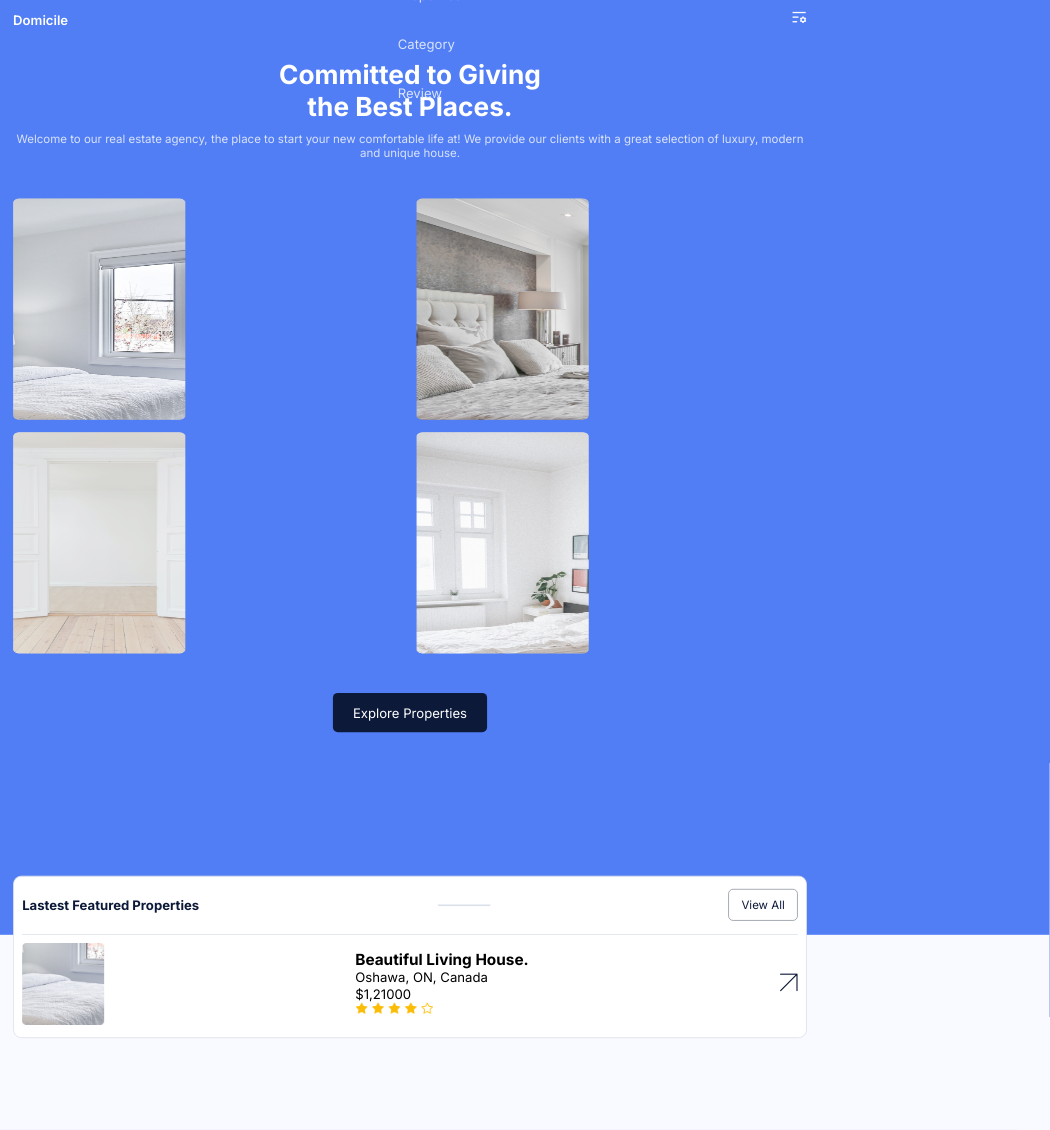
Repository: haokiet2501/domicile-real-estate
Page: index.html
These files come from the project's save history. The page is drawn as it stood at one moment and after the next save; the edit follows.
The browser window is 1280 px wide. The pictures show the whole page, at 82% of full size.
The style sheet was rebuilt from its Sass, Less or Tailwind sources for each picture, by a compiler version that may differ from the author's.

Above is the page before, as saved 2022-06-11 16:16:07.

### index.html
<!DOCTYPE html>
<html lang="en">
<head>
    <meta charset="UTF-8">
    <meta http-equiv="X-UA-Compatible" content="IE=edge">
    <meta name="viewport" content="width=device-width, initial-scale=1.0">
    <link href="https://cdn.jsdelivr.net/npm/remixicon@2.5.0/fonts/remixicon.css" rel="stylesheet">
    <link rel="stylesheet" href="sass/css/styles.css">
    <title>Real Estate Website - Domicile</title>
</head>
<body>
    <header class="header" id="header">
        <nav class="nav container">
            <a href="#" class="nav__logo">Domicile</a>

            <div class="nav__menu" id="nav-menu">
                <ul class="nav__list">
                    <li class="nav__item">
                        <a href="#" class="nav__link active-link">Home</a>
                    </li>
                    <li class="nav__item">
                        <a href="#" class="nav__link">Properties</a>
                    </li>
                    <li class="nav__item">
                        <a href="#" class="nav__link">Category</a>
                    </li>
                    <li class="nav__item">
                        <a href="#" class="nav__link">Review</a>
                    </li>
                </ul>

                <i class="ri-close-line nav__close" id="nav-close"></i>
            </div>

            <div class="nav__toggle" id="nav-toggle">
                <i class="ri-list-settings-line"></i>
            </div>
        </nav>
    </header>

    <main class="main">
        <section class="home section" id="home">
            <div class="home__container container grid">
                <div class="home__data">
                    <h1 class="home__data-subtitle">
                        Committed to Giving<br>the Best Places.
                    </h1>
                    <p class="home__data-title">
                        Welcome to our real estate agency, the place to start your new comfortable life at! We provide our clients with a great selection of luxury, modern and unique house.
                    </p>
                </div>

                <div class="home__images">
                    <img src="imgs/hero-one.png" alt="">
                    <img src="imgs/hero-two.png" alt="">
                    <img src="imgs/hero-three.png" alt="">
                    <img src="imgs/hero-four.png" alt="">
                </div>

                <div class="home__button">
                    <a href="#" class="button">Explore Properties</a>
                </div>
            </div>
        </section>

        <section class="futured" id="futured">
            <div class="futured__container container">
                <div class="futured__properties">
                    <div class="futured__properties-content">
                        Lastest Featured Properties
                    </div>
                    <div class="futured__properties-line"></div>
                    <div class="futured__properties-button">View All</div>
                </div>

                <div class="futured__card">
                    <img class="futured__card-img" src="imgs/future.png" alt="">
                    <div class="futured__card-layouts">
                        <div class="futured__card-text">
                            <h3>Beautiful Living House.</h3>
                            <p>Oshawa, ON, Canada</p>
                        </div>
                        <div class="futured__card-price">
                            <p>$1,21000</p>
                            <img src="imgs/rating.png" alt="">
                        </div>
                    </div>
                    <div class="futured__card-btnfutured">
                        <svg width="22" height="22" viewBox="0 0 22 22" fill="none" xmlns="http://www.w3.org/2000/svg">
                            <path d="M1 21L21 1M21 1H1M21 1V21" stroke="#0C1938" stroke-width="1.5" stroke-linecap="round" stroke-linejoin="round"/>
                        </svg>
                    </div>
                </div>
            </div>
        </section>
    </main>
    <script src="app.js"></script>
</body>
</html>

### app.js
// Show Menu
const navMenu = document.getElementById('nav-menu'),
    navToggle = document.getElementById('nav-toggle'),
    navClose = document.getElementById('nav-close');

if (navToggle) {
    navToggle.addEventListener('click', () => {
        navMenu.classList.add('show-menu');
    });
}

if(navClose) {
    navClose.addEventListener('click', () => {
        navMenu.classList.remove('show-menu');
    })
}

### sass/styles.scss
@import './base/base';
@import './main/main';

### sass/base/_base.scss
@import url('https://fonts.googleapis.com/css2?family=Inter:wght@400;500;600;700;800;900&display=swap');

* {
    margin: 0;
    padding: 0;
    box-sizing: border-box;
}

html {
    scroll-behavior: smooth;
}

body {
    font-family: 'Inter', sans-serif;
    font-style: normal;
    background: var(--color-main);
}

ul {
    list-style: none;
}

a {
    text-decoration: none;
}

img {
    max-width: 100%;
    height: auto;
}

button, input {
    border: none;
    outline: none;
}

:root {
    --header-height: 3rem;

    --color-main: #F8FAFF;
    --color-bg-header: #517EF5;
    --white-color: #FFFFFF;
    --color-nav: #D8E2FA;
    --color-footer: #0E1935;
    --color-btn: #0C1938;

    --biggest-font-size: 2.5rem;
    --medium-font-size: 2rem;
    --h1-font-size: 1.5rem;
    --h2-font-size: 1.25rem;
    --h3-font-size: 1rem;
    --normal-font-size: 0.938rem;
    --small-font-size: 0.813rem;
    --smaller-font-size: 0.75rem;

    --font-smaller: 400;
    --font-medium: 500;
    --font-semi-bold: 600;
    --font-semi-big: 700;

     /* Margin Bottom */
    --mb-0-25: 0.25rem;
    --mb-0-5: 0.5rem;
    --mb-0-75: 0.75rem;
    --mb-1: 1rem;
    --mb-1-25: 1.25rem;
    --mb-1-5: 1.5rem;
    --mb-2: 2rem;
    --mb-2-5: 2.5rem;

    --scale-hover: scale(.98);
}

@media screen and (min-width: 968px) {
    :root {
        --biggest-font-size: 4rem;
        --h1-font-size: 2.25rem;
        --h2-font-size: 1.75rem;
        --h3-font-size: 1.25rem;
        --normal-font-size: 1rem;
        --small-font-size: 0.875rem;
        --smaller-font-size: 0.813rem;
    }
}

### sass/main/_main.scss
.header {
    width: 100%;
    position: fixed;
    top: 0;
    left: 0;
    z-index: 100;
    background-color: var(--color-bg-header);
}

.main {
    overflow-x: hidden;
}

.container {
    max-width: 968px;
    margin-left: var(--mb-1);
    margin-right: var(--mb-1);
}

.grid {
    display: grid;
    gap: 1.5rem;
}

.section {
    padding: 4.5rem 0 2.5rem;
}

// NAV
.nav {
    display: flex;
    justify-content: space-between;
    align-items: center;
    height: var(--header-height);

    &__logo,
    &__toggle{
        color: var(--white-color);
    }

    &__logo {
        font-weight: var(--font-semi-bold);
    }

    &__toggle{
        font-size: 1.2rem;
        cursor: pointer;
    }

    &__menu {
        position: relative;

        @media screen and (max-width: 767px){
            position: fixed;
            background-color: var(--color-footer);
            top: 0;
            right: -100%;
            width: 70%;
            height: 100%;
            box-shadow: -1px 0 4px rgba(0, 0, 0, .15);
            padding: 3rem;
            transition: .4s;
        }
    }

    &__list {
        display: flex;
        flex-direction: column;
        row-gap: 2.5rem;
    }

    &__link {
        font-weight: var(--font-smaller);
        color: var(--color-nav);

        &:hover {
            color: var(--white-color);
            transform: var(--scale-hover);
        }
    }

    &__close {
        position: absolute;
        top: .75rem;
        right: 1rem;
        font-size: 1.5rem;
        color: var(--white-color);
        cursor: pointer;
    }
}

// Show menu
.show-menu {
    right: 0;
}

.home {
    background-color: var(--color-bg-header);
    height: calc(165vh - var(--header-height));
    &__container {
        row-gap: 3rem;
    }

    &__data {
        text-align: center;

        &-subtitle {
            color: var(--white-color);
            font-size: var(--medium-font-size);
            font-weight: var(--font-semi-big);
            margin-bottom: 10px;
        }
        &-title {
            color: var(--color-nav);
            font-weight: var(--font-smaller);
            font-size: var(--small-font-size);
        }
    }

    &__images {
        display: grid;
        gap: 15px;
        grid-template-columns: repeat(2, 1fr);

        img {
            width: 210px;
            height: 270px;
            transition: .3s ease-out;

            &:hover {
                transform: var(--scale-hover);
                transition: .3s ease-out;
            }
        }
    }

    &__button {
        display: flex;
        justify-content: center;
        align-items: center;

        .button {
            padding: 14px 24px;
            background-color: var(--color-btn);
            color: var(--white-color);
            border-radius: 6px;
            font-size: var(--normal-font-size);
            transition: .3s ease-out;

            &:hover {
                transform: var(--scale-hover);
                transition: .3s ease-out;
            }
        }
    }
}

.futured {
    position: relative;
    transform: translateY(-4.5rem);
    padding-bottom: 2.5rem;

    &__container {
        background-color: var(--white-color);
        border: 1px solid #DDE1EA;
        border-radius: 10px;
        padding: 15px 10px;
    }

    &__properties {
        display: flex;
        justify-content: space-between;
        align-items: center;
        border-bottom: 1px solid #DDE1EA;
        padding-bottom: 1rem;

        &-content {
            font-weight: var(--font-semi-big);
            color: var(--color-btn);

        }

        &-line {
            width: calc(var(--header-height) + 1rem);
            height: 1px;
            border: 1px solid #DDE1EA;
        }

        &-button {
            border: 1px solid #9398A4;
            padding: 10px 15px;
            border-radius: 6px;
            color: var(--color-btn);
            font-weight: var(--font-smaller);
            font-size: var(--small-font-size);
            transition: .3s ease-out;

            &:hover {
                transform: var(--scale-hover);
                transition: .3s ease-out;
            }
        }
    }

    &__card {
        display: flex;
        justify-content: space-between;
        align-items: center;
        margin-top: 10px;

        &-img {
            width: 100px;
            height: 100px;
        }
    }
}

After the next save:
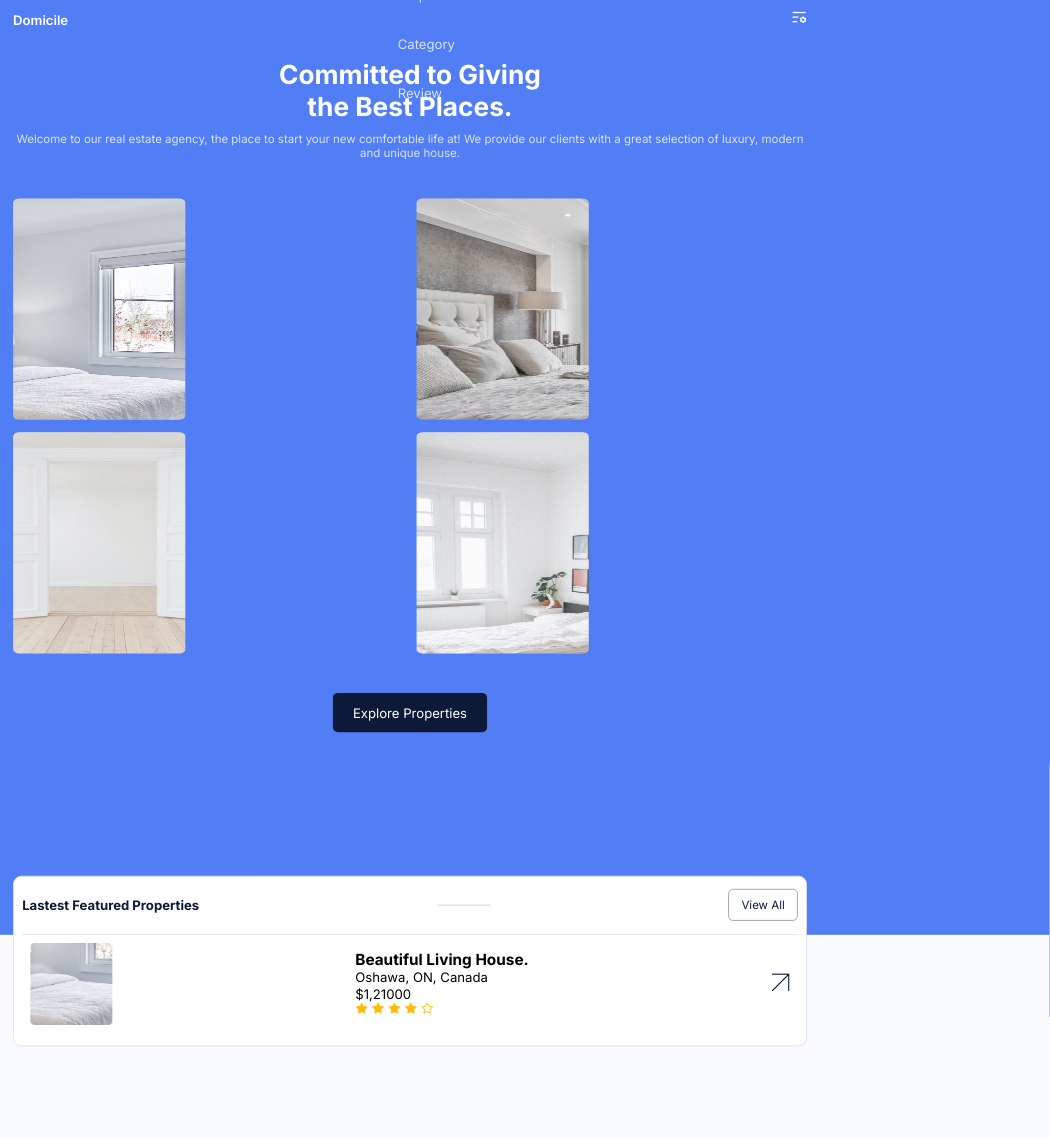
Saved 13 s later.
--- a/sass/main/_main.scss
+++ b/sass/main/_main.scss
@@ -206,7 +206,7 @@
         display: flex;
         justify-content: space-between;
         align-items: center;
-        margin-top: 10px;
+        margin: 10px;
 
         &-img {
             width: 100px;
